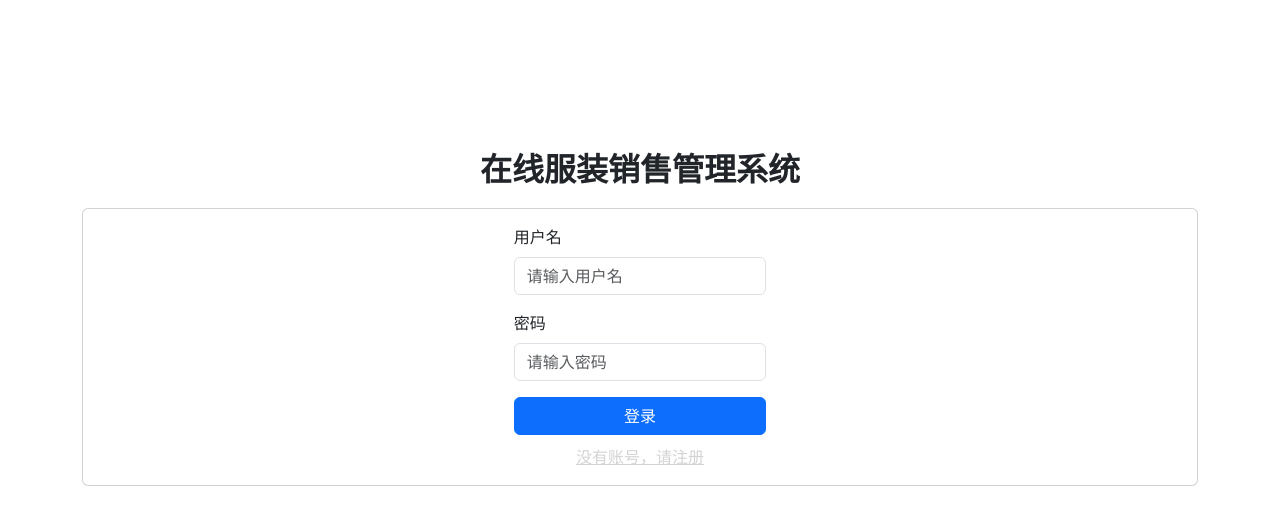
Repository: squawktop/CFS
Page: / (app in web/)
An editor plug-in stored every save of this project. The page is shown before and after a run of saves, followed by the edit.
The browser window is 1280 px wide. The pictures show the whole page.
The pointer rests on the first visible `.tip`.
The project was rebuilt for these pictures with package versions that can differ from the ones it lists, and the page was loaded fresh each time. Also part of the build but not shown: web/vue.config.js, web/src/views/RegisterView.vue, web/src/components/NavBar.vue, web/src/views/HomeView.vue, web/src/views/UsersManageView.vue, web/src/views/PersonalCenterView.vue, web/src/views/GoodsManageView.vue, web/src/views/OrdersManageView.vue and 1 more.

Above is the page before, as saved 2024-03-23 18:13:16.

### web/src/App.vue
<template>
  <RouterView></RouterView>
</template>

<script>


// 导入bootstrap
import "bootstrap/dist/css/bootstrap.min.css"
import "bootstrap/dist/js/bootstrap"
// import { ref } from "vue";

// import $ from 'jquery';
export default {
  components: {

  }
  ,
  setup() {
    // const user_id = ref("");
    // const username = ref("");
    // const password = ref("");

    // $.ajax({
    //   type: "get",
    //   url: "http://127.0.0.1:3000/user/getlist",
    //   success(resp) {
    //     user_id.value = resp[0].id;
    //     username.value = resp[0].username;
    //     password.value = resp[0].password;

    //   },
    //   error() {
    //     this.user_id = "error"
    //   }
    // })




    return {

    }
  }

}

</script>

<style></style>

### web/src/router/index.js
import { createRouter, createWebHistory } from 'vue-router'
// import HomeView from '../views/HomeView.vue'
import LoginView from '../views/LoginView.vue'
import RegisterView from '../views/RegisterView.vue'
import HomeView from '../views/HomeView.vue'
import UsersManageView from '../views/UsersManageView.vue'
import PersonalCenterView from '../views/PersonalCenterView.vue'
import GoodsManageView from '../views/GoodsManageView.vue'
import OrdersManageView from '../views/OrdersManageView.vue'
import NotFound from '../views/NotFoundView.vue'
import store from '@/store/index'

const routes = [
  {
    path: '/',
    name: 'home',
    component: HomeView,
    // redirect: "/user/register",
    meta: { //该页面是否需要授权      //随便写， 也可以设置为   flag : true;
      requestAuth: true,
    }
  },

  {
    path: '/user/login',
    name: 'user_login',
    component: LoginView,
    meta: {
      requestAuth: false,
    }
  },

  {
    path: '/user/register',
    name: 'user_register',
    component: RegisterView,
    meta: { //该页面是否需要授权
      requestAuth: false,
    }
  },
  {
    path: '/user/personalcenter',
    name: 'personal_center',
    component: PersonalCenterView,
    meta: { //该页面是否需要授权
      requestAuth: true,
    }
  },

  {
    path: '/user/usermanage',
    name: 'user_manage',
    component: UsersManageView,
    meta: { //该页面是否需要授权
      requestAuth: true,
    }
  }
  ,
  {
    path: '/goods/manage',
    name: 'goods_manage',
    component: GoodsManageView,
    meta: { //该页面是否需要授权
      requestAuth: true,
    }
  }, {
    path: '/orders/manage',
    name: 'orders_manage',
    component: OrdersManageView,
    meta: { //该页面是否需要授权
      requestAuth: true,
    }
  },


  {
    path: "/404/",
    name: "404",
    component: NotFound
  },
  {
    path: "/:catchAll(.*)",
    redirect: "/404/",  //页面重定向到404
  }
]

const router = createRouter({
  history: createWebHistory(),
  routes
})

router.beforeEach((to, from, next) => {
  if (to.meta.requestAuth && !store.state.user.is_login) {
    next({ name: "user_login" });
  } else {
    next();
  }
})

export default router

### web/src/store/index.js
import { createStore } from 'vuex'
import ModuleUser from '@/store/user'

export default createStore({
  state: {
  },
  getters: {
  },
  mutations: {
  },
  actions: {
  },
  modules: {
    user: ModuleUser,
  }
})

### web/src/views/LoginView.vue
<template style="background-color: green;">
    <div class="background">
        <h2>在线服装销售管理系统</h2>
        <ContentField v-if="!$store.state.user.pulling_info">
            <div class="row justify-content-md-center">
                <div class="col-3">
                    <form @submit.prevent="login">
                        <div class="mb-3">
                            <label for="username" class="form-label">用户名</label>
                            <input v-model="username" type="text" class="form-control" id="username"
                                placeholder="请输入用户名" />
                        </div>
                        <div class="mb-3">
                            <label for="password" class="form-label">密码</label>
                            <input v-model="password" type="password" class="form-control" id="password"
                                placeholder="请输入密码" />
                        </div>
                        <div class="error-message">{{ error_message }} </div>
                        <button type="submit" class="btn btn-primary">登录</button>
                        <!-- <button type="button" class="btn btn-primary" style="margin-top: 10px"
                            @click="registerview">没有账号，请注册</button> -->
                        <div class="tip" @click="registerview">没有账号，请注册</div>

                    </form>
                </div>
            </div>
        </ContentField>
    </div>

</template>

<script>
import ContentField from "@/components/ContentField.vue";
import { useStore } from "vuex"
import { ref } from "vue"
import router from "@/router/index";

export default {
    components: {
        ContentField,
    },
    setup() {
        const store = useStore();
        let username = ref('');
        let password = ref('');
        let error_message = ref('');


        const jwt_token = localStorage.getItem("jwt_token");
        if (jwt_token) {
            store.commit("updateToken", jwt_token);
            store.dispatch("getinfo", {
                success() {
                    router.push({ name: "home" });
                    store.commit("updatePullingInfo", false);
                }, error() {
                    store.commit("updatePullingInfo", false);
                }
            })
        } else {
            store.commit("updatePullingInfo", false);
        }




        const login = () => {
            error_message.value = "";
            store.dispatch("login", {
                username: username.value,
                password: password.value,
                success() {
                    store.dispatch("getinfo", {
                        success() {
                            router.push({ name: 'home' });
                        }
                    })

                },
                error() {
                    error_message.value = "用户名或密码错误";
                }
            })
        }

        const registerview = () => {
            router.push({ name: "user_register" });
        }

        return {
            username,
            password,
            error_message,
            login,
            registerview,

        }
    }
};
</script>



<style scoped>
h2 {
    text-align: center;
    margin-top: 150px;
    font-weight: bold;
}

button {
    width: 100%;
}

div.error-message {
    color: red;
}

.tip {
    text-align: center;
    margin-top: 10px;
    text-decoration:underline;
}
.tip:hover{
    cursor: pointer;
    color:#D3D3D3;
}
</style>

### web/src/store/user.js
import router from '@/router';
import $ from 'jquery'
export default {
    state: {
        id: "",
        username: "",
        photo: "",
        token: "",
        is_login: false,
        pulling_info: true,
    },
    getters: {
    },
    mutations: {        //一般是用来修改数据的
        updateUser(state, user) {
            state.id = user.id;
            state.username = user.username;
            state.photo = user.photo;
            state.is_login = user.is_login;
        },
        updateToken(state, token) {
            state.token = token;
        },
        logout(state) {
            state.id = "";
            state.username = "";
            state.photo = "";
            state.token = "";
            state.is_login = false;
            router.push({ name: "user_login" });
        },
        updatePullingInfo(state, pulling_info) {
            state.pulling_info = pulling_info;
        },
    },

    actions: {

        login(context, data) {
            $.ajax({
                url: "http://127.0.0.1:3000/api/user/account/token/",
                type: "post",
                data: {
                    username: data.username,
                    password: data.password,
                },
                success(resp) {
                    if (resp.error_message === "success") {
                        localStorage.setItem("jwt_token", resp.token);
                        context.commit("updateToken", resp.token);
                        data.success(resp);
                    } else {
                        data.error(resp);
                    }
                },
                error(resp) {
                    data.error(resp)
                },
            });
        },
        getinfo(context, data) {
            $.ajax({
                url: "http://127.0.0.1:3000/api/user/account/info/",
                type: "get",
                headers: {
                    Authorization:
                        "Bearer " + context.state.token,
                },
                success(resp) {
                    if (resp.error_message === "success") {
                        // console.log(resp);
                        context.commit("updateUser", {
                            ...resp,
                            is_login: true,

                        });
                        data.success(resp);
                    } else {
                        data.success(resp);
                    }

                },
                error(resp) {
                    data.error(resp);
                },
            });

        },
        logout(context) {
            localStorage.removeItem("jwt_token");
            context.commit("logout")
        }
    },
    modules: {
    }
}

### web/src/components/ContentField.vue
<template>
    <div class="container content-field">
        <div class="card">
            <div class="card-body">
                <slot></slot>
            </div>
        </div>
    </div>
</template>

<script>
</script>

<style scoped>
div.content-field {
    margin-top: 20px;
}
</style>

Loaded but not shown: web/public/index.html (common file); web/src/main.js (common file)

After the next 2 saves:
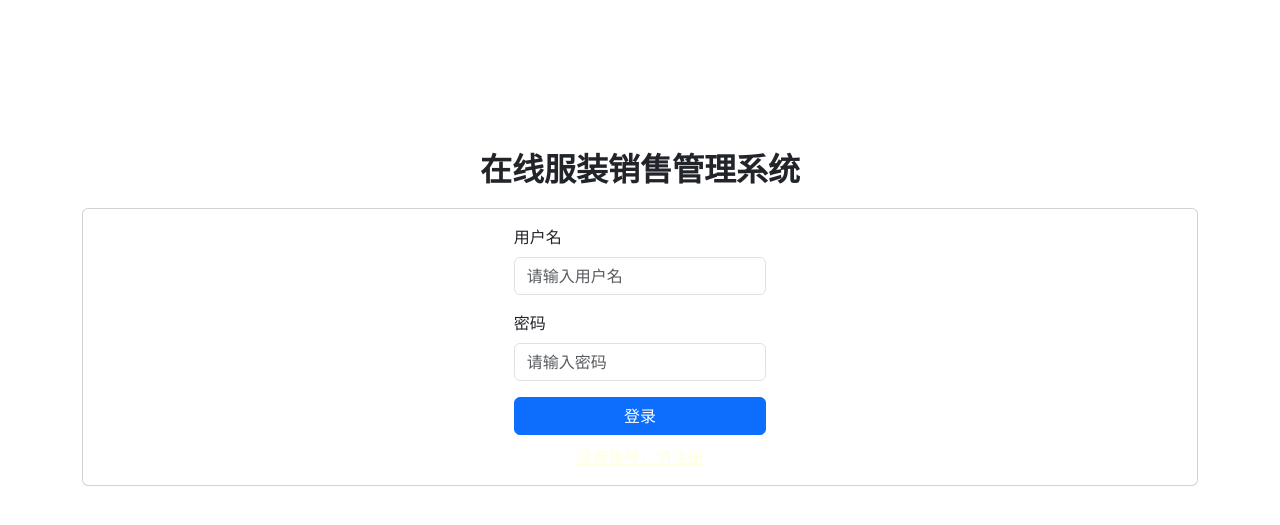
The 2 saves are shown as one change because they came seconds apart.
The last was saved 10 s later.
--- a/web/src/views/LoginView.vue
+++ b/web/src/views/LoginView.vue
@@ -123,6 +123,6 @@ div.error-message {
 }
 .tip:hover{
     cursor: pointer;
-    color:#D3D3D3;
+    color:#FFFFE0;
 }
 </style>
